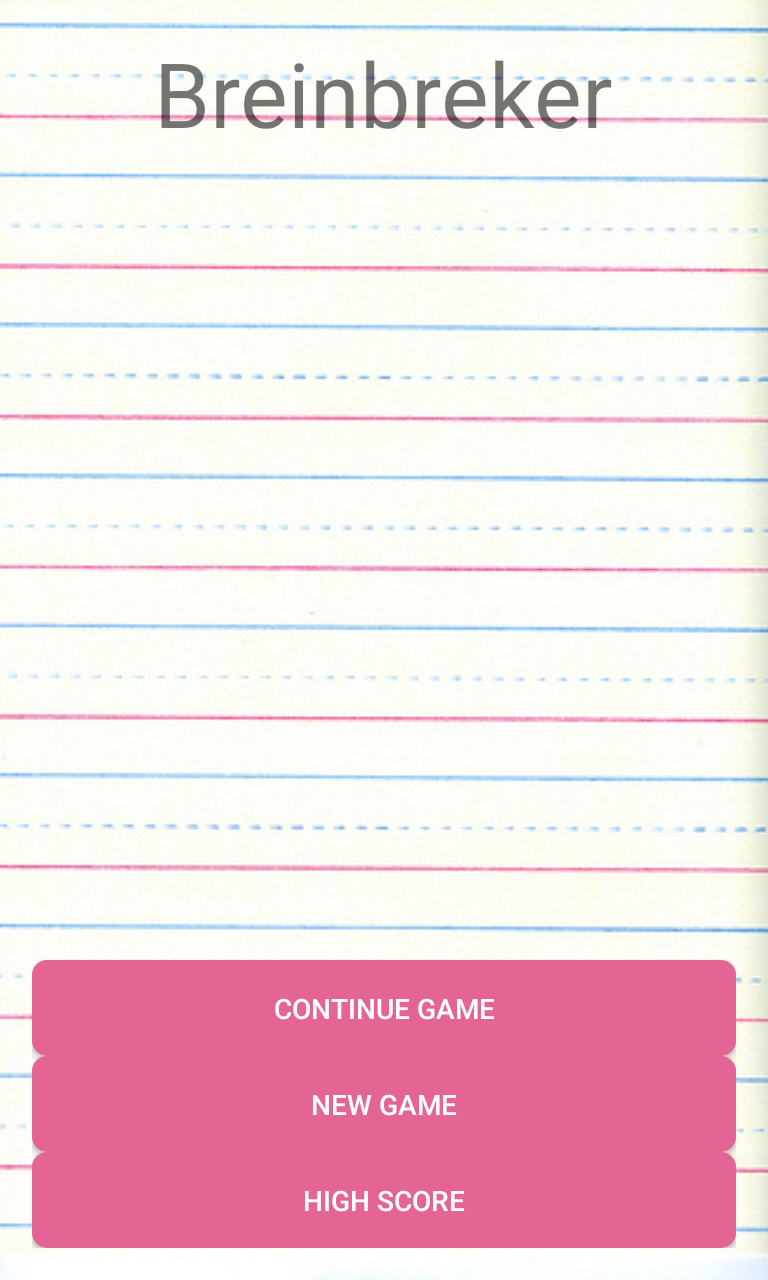
Repository: jelleswester/Breinbreker
Layout: Breinbreker/res/layout/activity_start_screen.xml
An editor plug-in stored every save of this project. The layout is shown before and after the next save, followed by the edit.
Pictures or frames that could not be fetched are drawn as grey boxes. It is drawn on a 768 x 1280 px phone screen (xhdpi) without system bars, with theme AppTheme; the app's code is not run.

Above is the layout before, as saved 2015-01-22 21:11:03.

### Breinbreker/res/layout/activity_start_screen.xml
<RelativeLayout xmlns:android="http://schemas.android.com/apk/res/android"
    xmlns:tools="http://schemas.android.com/tools"
    android:layout_width="match_parent"
    android:layout_height="match_parent"
    android:paddingBottom="@dimen/activity_vertical_margin"
    android:paddingLeft="@dimen/activity_horizontal_margin"
    android:paddingRight="@dimen/activity_horizontal_margin"
    android:paddingTop="@dimen/activity_vertical_margin"
    android:background="@drawable/background"
    tools:context="nl.mprog.jelleswester.breinbreker.StartScreenActivity" >

    <TextView
        android:id="@+id/textView1"
        android:layout_width="wrap_content"
        android:layout_height="wrap_content"
        android:layout_alignParentTop="true"
        android:layout_centerHorizontal="true"
        android:text="@string/brein_breker"
        android:textSize="45sp" />

    <Button
        android:id="@+id/highScoreButton"
        android:layout_width="fill_parent"
        android:layout_height="wrap_content"
        android:layout_alignParentBottom="true"
        android:layout_centerHorizontal="true"
        android:onClick="highScoreButton"
        android:background="@drawable/button_shape"
        android:textColor="@color/white"
        android:text="@string/high_score" />

    <Button
        android:id="@+id/newGameButton"
        android:layout_width="fill_parent"
        android:layout_height="wrap_content"
        android:layout_above="@+id/highScoreButton"
        android:layout_alignLeft="@+id/highScoreButton"
        android:onClick="startButton"
        android:background="@drawable/button_shape"
        android:textColor="@color/white"
        android:text="@string/new_game" />

    <Button
        android:id="@+id/continueGameButton"
        android:layout_width="fill_parent"
        android:layout_height="wrap_content"
        android:layout_above="@+id/newGameButton"
        android:layout_alignLeft="@+id/newGameButton"
        android:onClick="startButton"
        android:background="@drawable/button_shape"
        android:textColor="@color/white"
        android:text="@string/continue_game" />

</RelativeLayout>

### Breinbreker/res/values/strings.xml
<?xml version="1.0" encoding="utf-8"?>
<resources>

    <string name="app_name">Breinbreker</string>
    <string name="hello_world">Hello world!</string>
    <string name="action_settings">Settings</string>
    <string name="title_activity_game_play">GamePlay</string>
    <string name="title_activity_high_score">HighScore</string>
    <string name="title_activity_you_won">YouWon</string>
    <string name="brein_breker">Breinbreker</string>
    <string name="start_game">START</string>
    <string name="high_score">High Score</string>
    <string name="back">Back</string>
    <string name="confirm">Confirm</string>
    <string name="you_won">You Won</string>
    <string name="congratulations">Congratulations!</string>
    <string name="high_score_entry">Please enter your name for your high score:</string>
    <string name="example_name">Bob</string>
    <string name="example_high_score">1.    Bob               03:59:15</string>
    <string name="characters">AAAA</string>
    <string name="symbol">+</string>
    <string name="symbol_equal">=</string>
    <string name="text">1234</string>
    <string name="continue_game">Continue Game</string>
    <string name="new_game">New Game</string>


</resources>

### Breinbreker/res/drawable-hdpi/button_shape.xml
<?xml version="1.0" encoding="UTF-8"?>
<shape
    xmlns:android="http://schemas.android.com/apk/res/android">
    <stroke
        android:width="1dp"
        android:color="#E46495"/>
    <corners
        android:radius="7dp" />

    <padding
        android:left="1dp"
        android:right="1dp"
        android:top="1dp"
        android:bottom="1dp"/>

    <solid android:color="#E46495"/>

</shape>

### Breinbreker/res/values/color.xml
<?xml version="1.0" encoding="utf-8"?>
<resources>
    <item name="white" type="color">#FFFFFF</item>
</resources>

Loaded but not shown: Breinbreker/res/values/styles.xml (common file); Breinbreker/res/values-v11/styles.xml (common file); Breinbreker/res/values-v14/styles.xml (common file); Breinbreker/res/values/dimens.xml (common file); Breinbreker/res/values-w820dp/dimens.xml (common file)

After the next save:
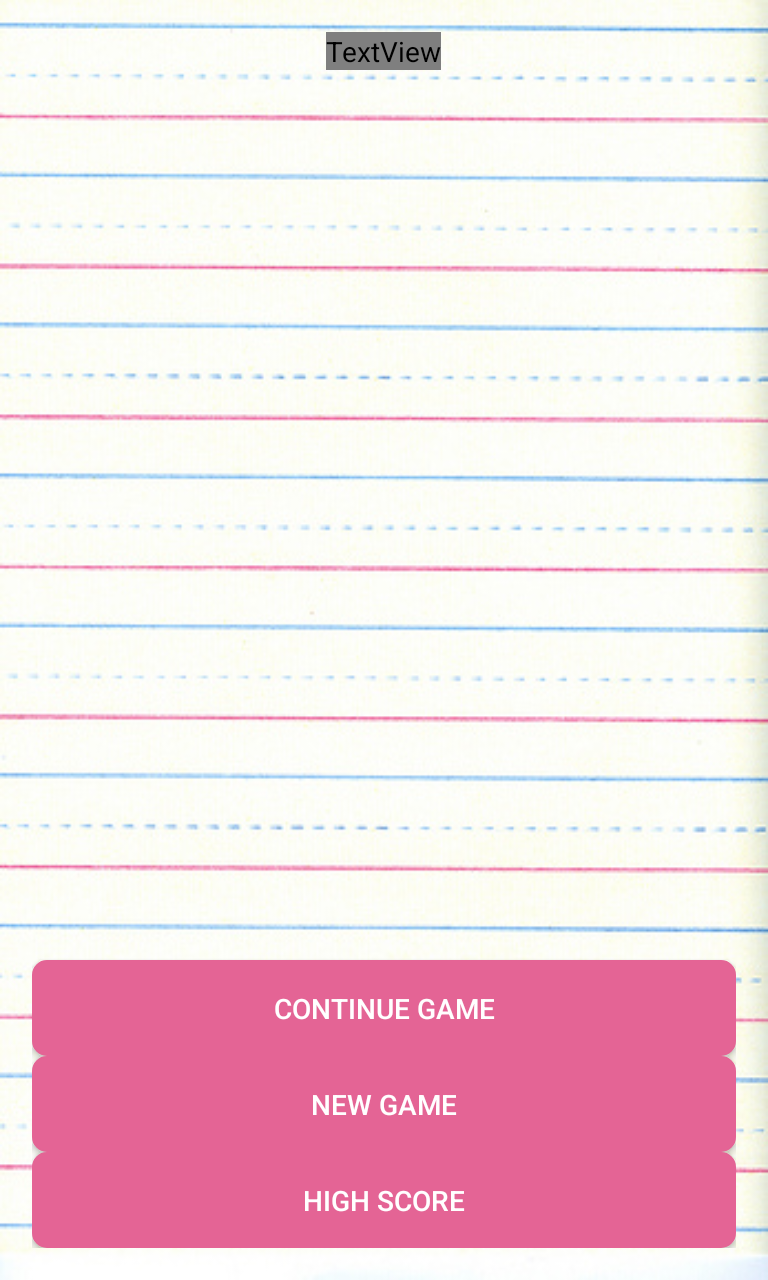
Saved 53 s later.
--- a/Breinbreker/res/layout/activity_start_screen.xml
+++ b/Breinbreker/res/layout/activity_start_screen.xml
@@ -16,7 +16,8 @@
         android:layout_alignParentTop="true"
         android:layout_centerHorizontal="true"
         android:text="@string/brein_breker"
-        android:textSize="45sp" />
+        android:textSize="45sp"
+        android:fontFamily="Arial" />
 
     <Button
         android:id="@+id/highScoreButton"

After the save that followed:
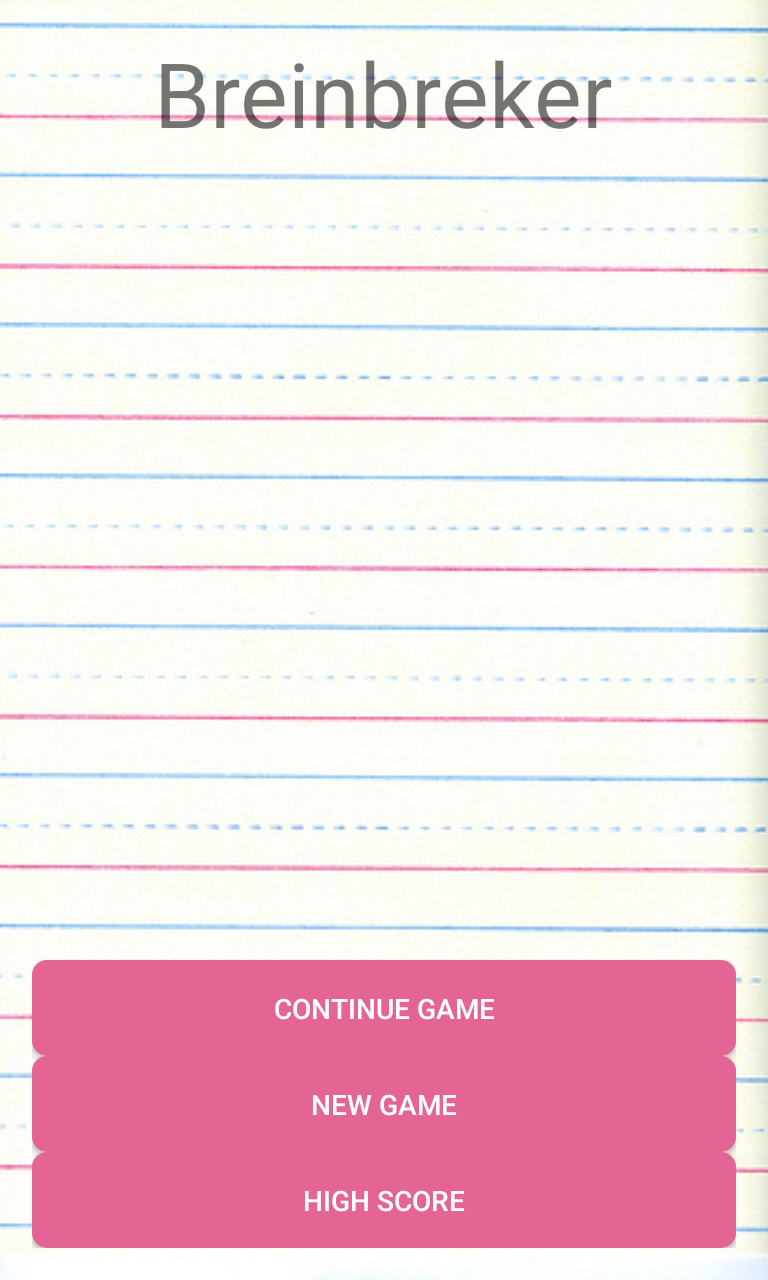
Saved 56 s later.
--- a/Breinbreker/res/layout/activity_start_screen.xml
+++ b/Breinbreker/res/layout/activity_start_screen.xml
@@ -17,7 +17,7 @@
         android:layout_centerHorizontal="true"
         android:text="@string/brein_breker"
         android:textSize="45sp"
-        android:fontFamily="Arial" />
+        android:fontFamily="sans-serif" />
 
     <Button
         android:id="@+id/highScoreButton"
